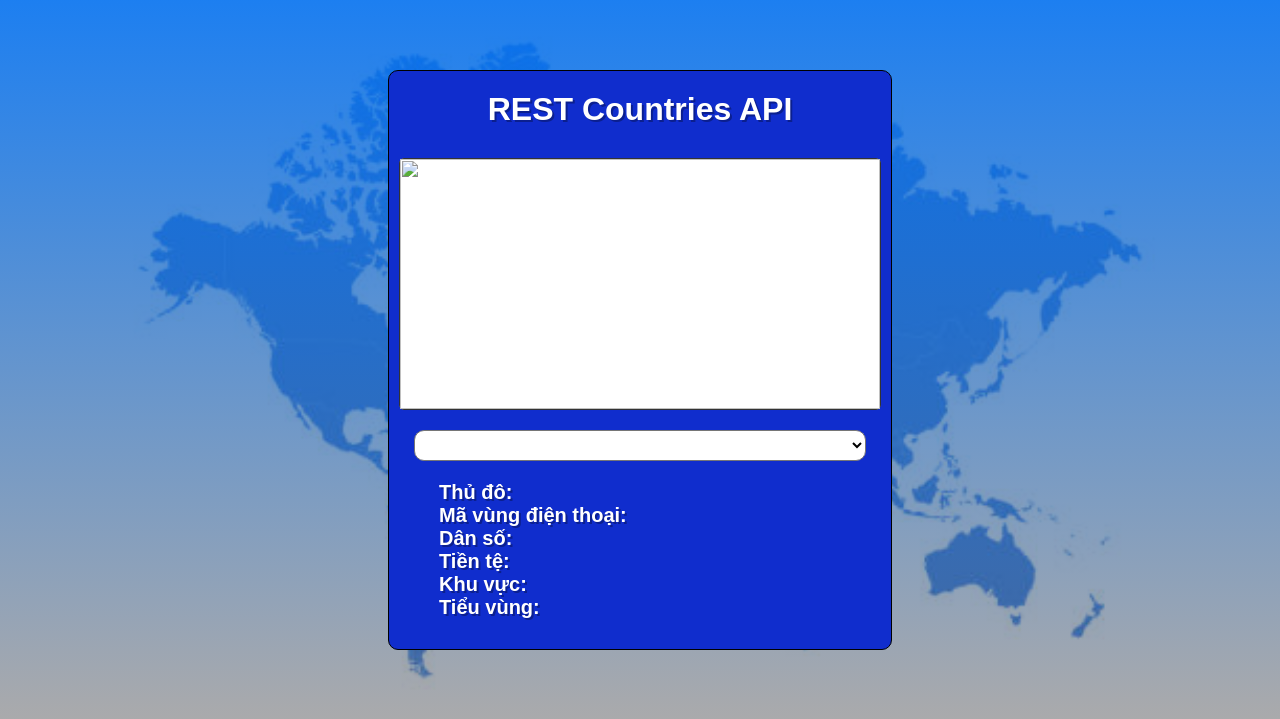
Repository: KhoaTran204/Rest-countries-api-app
Page: index.html
An editor plug-in stored every save of this project. The page is shown before and after the next save, followed by the edit.
The browser window is 1280 px wide. The pictures show the whole page.
The page's requests for data from a server got no answer.

Above is the page before, as saved 2024-04-14 09:34:46.

After the next save:
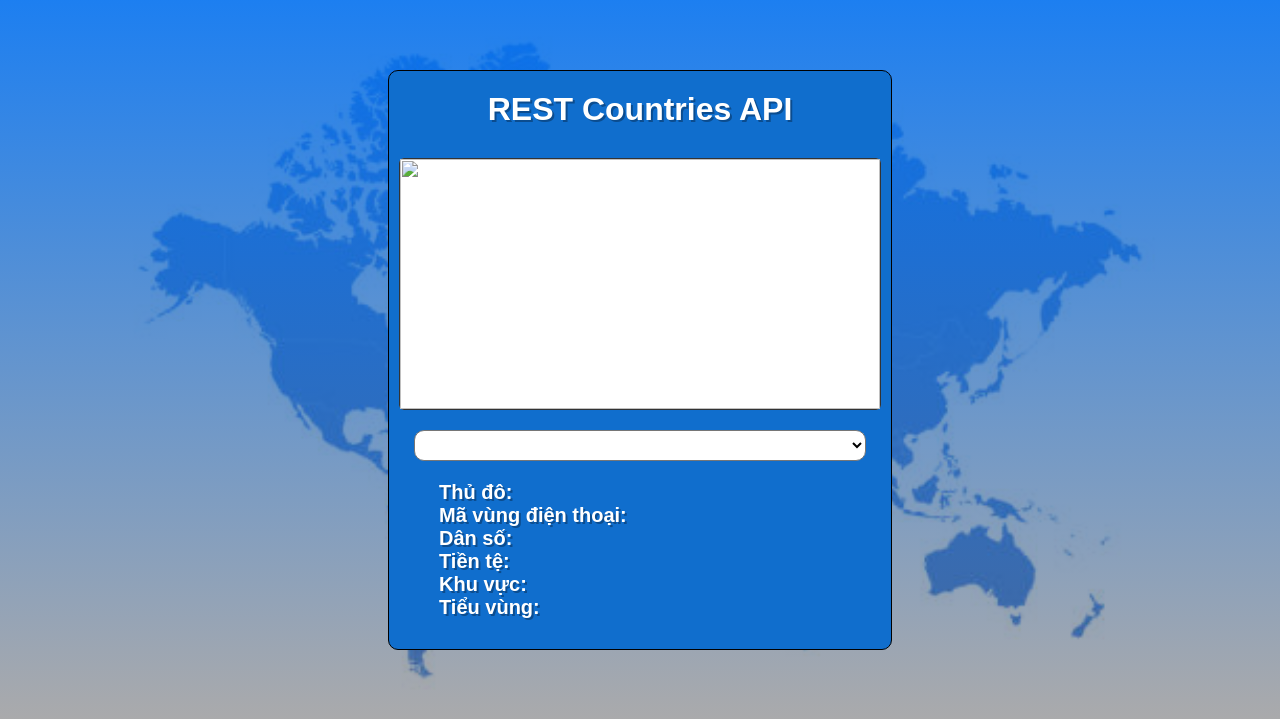
Saved 4 s later.
--- a/style.css
+++ b/style.css
@@ -37,7 +37,7 @@ body {
 }
 
 .container {
-  background-color: rgb(16, 45, 205);
+  background-color: rgb(16, 110, 205);
   border-radius: 10px;
   border: 1px solid black;
 }
